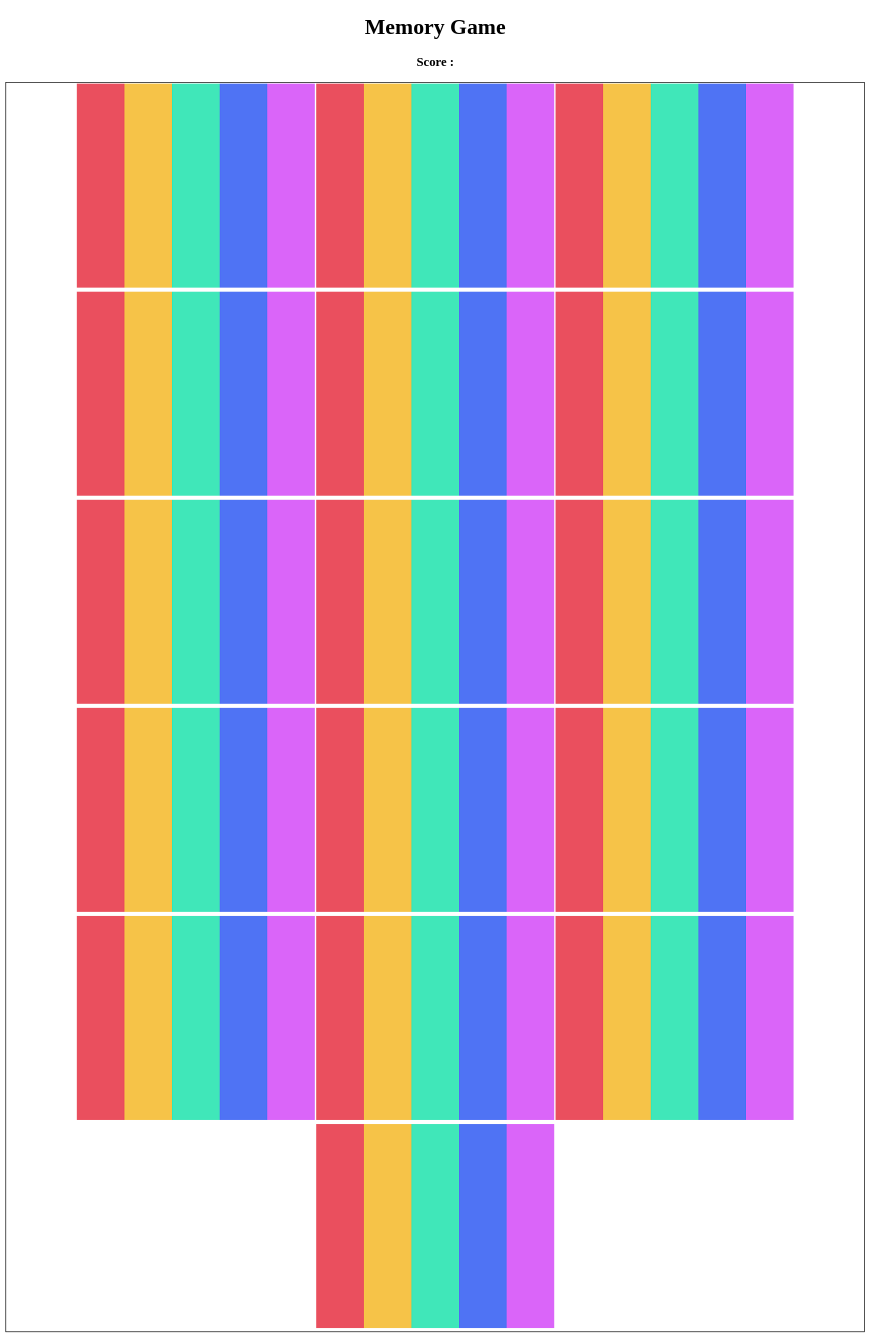
Repository: divyaravada/javascript-games
Page: memory-game/memorygame.html
These files come from the project's save history. The page is drawn as it stood at one moment and after the next save; the edit follows.
The browser window is 1280 px wide. The pictures show the whole page, at 68% of full size.

Above is the page before, as saved 2022-03-15 16:50:32.

After the next save:
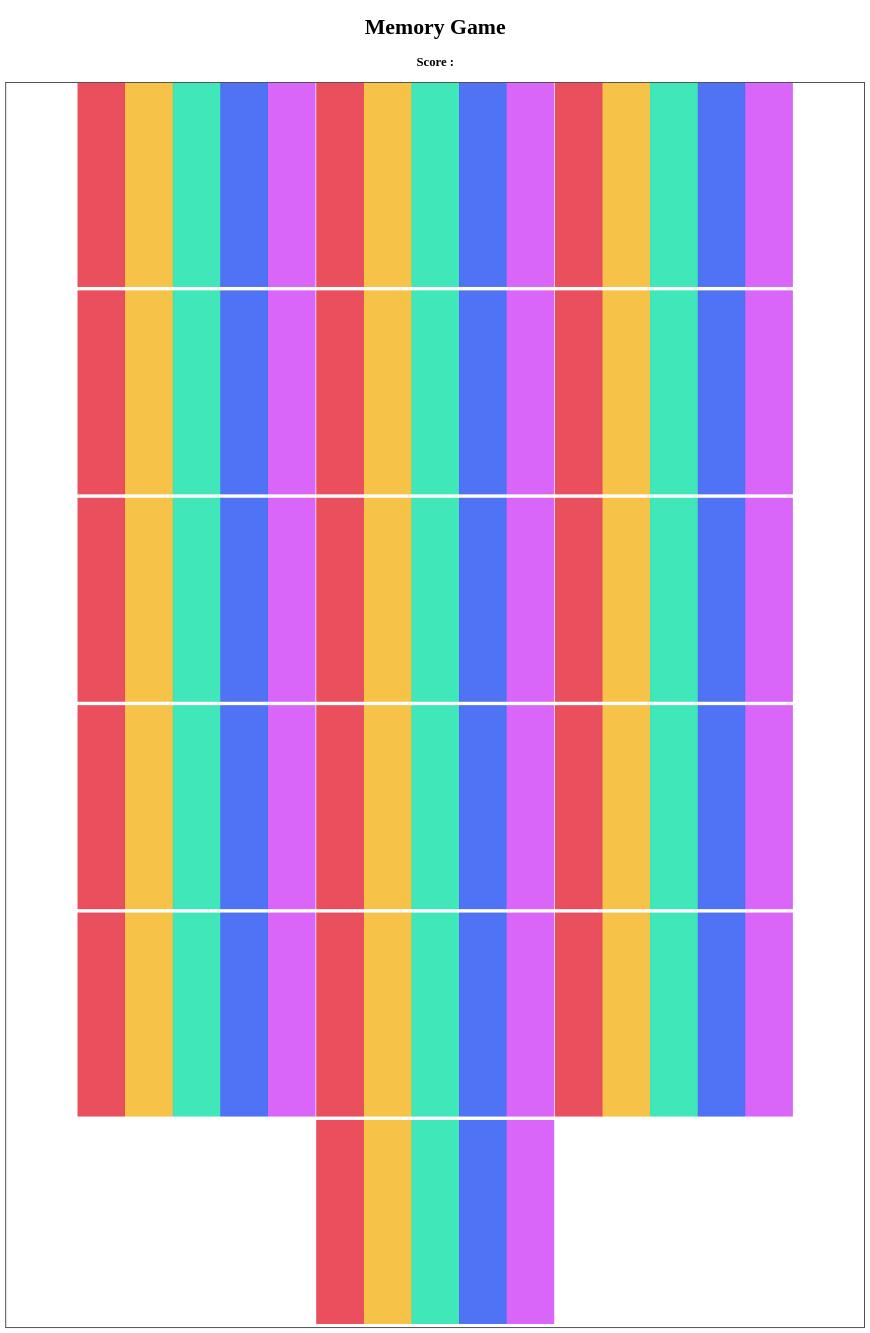
Saved 33 s later.
--- a/memory-game/memorystyle.css
+++ b/memory-game/memorystyle.css
@@ -11,5 +11,5 @@
 #grid img {
   width: 350px;
   height: 300px;
-  padding: 1px 1px;
+  padding: 0.5px;
 }
